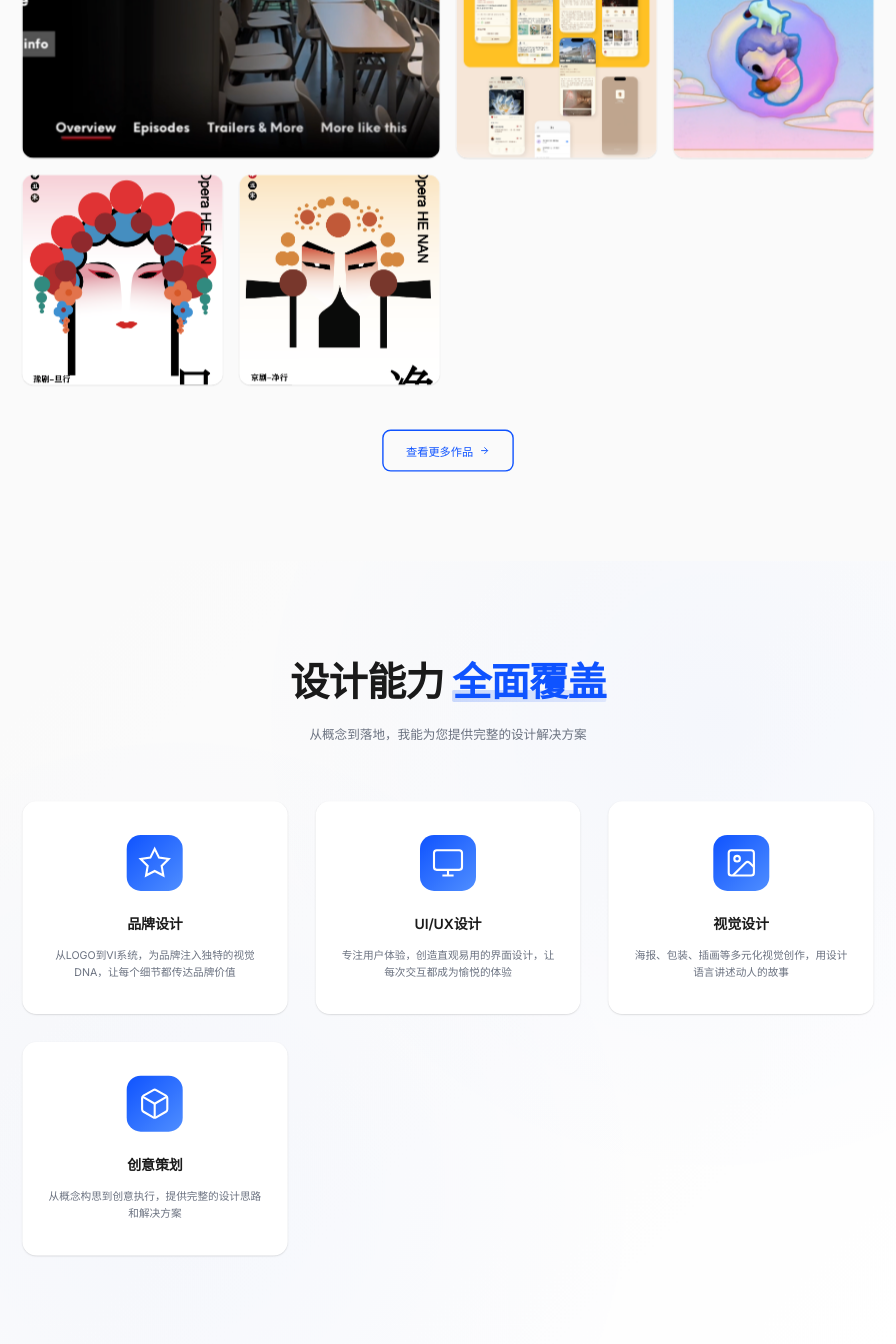
Repository: Nanzhexi/zhexi.github.io
Page: index.html
An editor plug-in stored every save of this project. The page is shown before and after the next save, followed by the edit.
The browser window is 1280 px wide. The pictures show the part of the page from y = 1444 to 3364 px (the page is 3786 px tall before and 4199 px after), at 70% of full size.

Above is the page before, as saved 2025-07-03 04:01:44.

### index.html
<!DOCTYPE html>
<html lang="zh-CN">
<head>
    <meta charset="UTF-8">
    <meta name="viewport" content="width=device-width, initial-scale=1.0">
    <title>个人设计师作品集</title>
    <link rel="stylesheet" href="./css/index.css">
    <link rel="preconnect" href="https://fonts.googleapis.com">
    <link rel="preconnect" href="https://fonts.gstatic.com" crossorigin>
    <link href="https://fonts.googleapis.com/css2?family=Inter:wght@300;400;500;600;700&display=swap" rel="stylesheet">
</head>

<body>
    <nav class="navbar">
        <div class="nav-brand">个人设计网站</div>
        <div class="nav-links">
            <a href="index.html" class="nav-link active">首页</a>
            <a href="portfolio.html" class="nav-link">作品</a>
            <a href="about.html" class="nav-link">关于我们</a>
        </div>
    </nav>

    <main id="hero" class="hero">
        <div class="hero-content">
            <h1 class="hero-title">
                我是<span class="highlight">视觉设计师</span><br>
                创造有温度的设计
            </h1>
            <p class="hero-subtitle">
                专注品牌视觉、UI/UX设计与创意表达，用设计连接人与美好
            </p>
            <button class="cta-button" onclick="document.getElementById('portfolio').scrollIntoView({behavior: 'smooth'})">
                查看作品
                <svg width="16" height="16" viewBox="0 0 24 24" fill="none" stroke="currentColor" stroke-width="2">
                    <path d="M5 12h14M12 5l7 7-7 7"/>
                </svg>
            </button>
        </div>
    </main>

    <section id="portfolio" class="portfolio">
        <div class="portfolio-content">
            <h2 class="portfolio-title">我的作品</h2>
            <p class="portfolio-subtitle">每一个项目都承载着我对设计的理解与热爱</p>

            <div class="portfolio-grid">
                <div class="portfolio-item large">
                    <img src="./images/1.png" alt="设计作品1" loading="lazy">
                    <div class="portfolio-overlay">
                        <div class="portfolio-info">
                            <h3>品牌视觉设计</h3>
                            <p>创意海报设计</p>
                        </div>
                    </div>
                </div>

                <div class="portfolio-item">
                    <img src="./images/2.jpg" alt="设计作品2" loading="lazy">
                    <div class="portfolio-overlay">
                        <div class="portfolio-info">
                            <h3>产品包装</h3>
                            <p>时尚配饰设计</p>
                        </div>
                    </div>
                </div>

                <div class="portfolio-item">
                    <img src="./images/3.jpg" alt="设计作品3" loading="lazy">
                    <div class="portfolio-overlay">
                        <div class="portfolio-info">
                            <h3>陶瓷艺术</h3>
                            <p>传统工艺现代化</p>
                        </div>
                    </div>
                </div>

                <div class="portfolio-item">
                    <img src="./images/4.jpg" alt="设计作品4" loading="lazy">
                    <div class="portfolio-overlay">
                        <div class="portfolio-info">
                            <h3>品牌形象</h3>
                            <p>可爱IP设计</p>
                        </div>
                    </div>
                </div>

                <div class="portfolio-item">
                    <img src="./images/6.png" alt="设计作品5" loading="lazy">
                    <div class="portfolio-overlay">
                        <div class="portfolio-info">
                            <h3>空间设计</h3>
                            <p>商业空间规划</p>
                        </div>
                    </div>
                </div>

                <div class="portfolio-item">
                    <img src="./images/7.png" alt="设计作品6" loading="lazy">
                    <div class="portfolio-overlay">
                        <div class="portfolio-info">
                            <h3>餐饮品牌</h3>
                            <p>传统文化融合</p>
                        </div>
                    </div>
                </div>

                <div class="portfolio-item">
                    <img src="./images/8.png" alt="设计作品7" loading="lazy">
                    <div class="portfolio-overlay">
                        <div class="portfolio-info">
                            <h3>数字艺术</h3>
                            <p>创新视觉表达</p>
                        </div>
                    </div>
                </div>
            </div>

            <button class="portfolio-button">
                查看更多作品
                <svg width="16" height="16" viewBox="0 0 24 24" fill="none" stroke="currentColor" stroke-width="2">
                    <path d="M5 12h14M12 5l7 7-7 7"/>
                </svg>
            </button>
        </div>
    </section>

    <!-- Services Section -->
    <section id="services" class="services">
        <div class="services-content">
            <div class="services-header">
                <h2 class="services-title">设计能力 <span class="highlight">全面覆盖</span></h2>
                <p class="services-subtitle">从概念到落地，我能为您提供完整的设计解决方案</p>
            </div>

            <div class="services-grid">
                <div class="service-card">
                    <div class="service-icon">
                        <svg width="48" height="48" viewBox="0 0 24 24" fill="none" stroke="currentColor" stroke-width="1.5">
                            <path d="M12 2l3.09 6.26L22 9.27l-5 4.87 1.18 6.88L12 17.77l-6.18 3.25L7 14.14 2 9.27l6.91-1.01L12 2z"/>
                        </svg>
                    </div>
                    <h3 class="service-title">品牌设计</h3>
                    <p class="service-description">从LOGO到VI系统，为品牌注入独特的视觉DNA，让每个细节都传达品牌价值</p>
                </div>

                <div class="service-card">
                    <div class="service-icon">
                        <svg width="48" height="48" viewBox="0 0 24 24" fill="none" stroke="currentColor" stroke-width="1.5">
                            <rect x="2" y="3" width="20" height="14" rx="2" ry="2"/>
                            <line x1="8" y1="21" x2="16" y2="21"/>
                            <line x1="12" y1="17" x2="12" y2="21"/>
                        </svg>
                    </div>
                    <h3 class="service-title">UI/UX设计</h3>
                    <p class="service-description">专注用户体验，创造直观易用的界面设计，让每次交互都成为愉悦的体验</p>
                </div>

                <div class="service-card">
                    <div class="service-icon">
                        <svg width="48" height="48" viewBox="0 0 24 24" fill="none" stroke="currentColor" stroke-width="1.5">
                            <rect x="3" y="3" width="18" height="18" rx="2" ry="2"/>
                            <circle cx="9" cy="9" r="2"/>
                            <path d="M21 15l-3.086-3.086a2 2 0 0 0-2.828 0L6 21"/>
                        </svg>
                    </div>
                    <h3 class="service-title">视觉设计</h3>
                    <p class="service-description">海报、包装、插画等多元化视觉创作，用设计语言讲述动人的故事</p>
                </div>

                <div class="service-card">
                    <div class="service-icon">
                        <svg width="48" height="48" viewBox="0 0 24 24" fill="none" stroke="currentColor" stroke-width="1.5">
                            <path d="M21 16V8a2 2 0 0 0-1-1.73l-7-4a2 2 0 0 0-2 0l-7 4A2 2 0 0 0 3 8v8a2 2 0 0 0 1 1.73l7 4a2 2 0 0 0 2 0l7-4A2 2 0 0 0 21 16z"/>
                            <polyline points="3.27,6.96 12,12.01 20.73,6.96"/>
                            <line x1="12" y1="22.08" x2="12" y2="12"/>
                        </svg>
                    </div>
                    <h3 class="service-title">创意策划</h3>
                    <p class="service-description">从概念构思到创意执行，提供完整的设计思路和解决方案</p>
                </div>
            </div>
        </div>
    </section>



    <!-- Footer -->
    <footer class="footer">
        <div class="footer-content">
            <div class="footer-left">
                <div class="footer-brand">个人设计网站</div>
                <p>用心设计，用爱创造，让每个作品都有温度</p>
            </div>

            <div class="footer-links">
                <div class="footer-column">
                    <h4>导航</h4>
                    <a href="index.html">首页</a>
                    <a href="portfolio.html">作品</a>
                    <a href="about.html">关于我们</a>
                </div>

                <div class="footer-column">
                    <h4>服务</h4>
                    <a href="#">品牌设计</a>
                    <a href="#">UI/UX设计</a>
                    <a href="#">视觉设计</a>
                    <a href="#">创意策划</a>
                </div>

                <div class="footer-column">
                    <h4>联系</h4>
                    <a href="#">hello@mydesign.com</a>
                    <a href="#">+86 138 0013 8000</a>
                    <a href="#">北京市朝阳区设计园区</a>
                </div>
            </div>
        </div>

        <div class="footer-bottom">
            <p>&copy; 2024 个人设计师作品集. 保留所有权利</p>
            <div class="social-links">
                <a href="#" aria-label="微信">
                    <svg width="20" height="20" viewBox="0 0 24 24" fill="currentColor">
                        <path d="M8.5 12.5c0 .8-.7 1.5-1.5 1.5s-1.5-.7-1.5-1.5.7-1.5 1.5-1.5 1.5.7 1.5 1.5zm7-1.5c-.8 0-1.5.7-1.5 1.5s.7 1.5 1.5 1.5 1.5-.7 1.5-1.5-.7-1.5-1.5-1.5z"/>
                    </svg>
                </a>
                <a href="#" aria-label="微博">
                    <svg width="20" height="20" viewBox="0 0 24 24" fill="currentColor">
                        <path d="M12 2C6.48 2 2 6.48 2 12s4.48 10 10 10 10-4.48 10-10S17.52 2 12 2z"/>
                    </svg>
                </a>
                <a href="#" aria-label="邮箱">
                    <svg width="20" height="20" viewBox="0 0 24 24" fill="currentColor">
                        <path d="M20 4H4c-1.1 0-1.99.9-1.99 2L2 18c0 1.1.9 2 2 2h16c1.1 0 2-.9 2-2V6c0-1.1-.9-2-2-2zm0 4l-8 5-8-5V6l8 5 8-5v2z"/>
                    </svg>
                </a>
            </div>
        </div>
    </footer>

    <script>
        // 平滑滚动导航（仅针对页面内锚点）
        document.querySelectorAll('a[href^="#"]').forEach(anchor => {
            anchor.addEventListener('click', function (e) {
                e.preventDefault();
                const target = document.querySelector(this.getAttribute('href'));
                if (target) {
                    target.scrollIntoView({
                        behavior: 'smooth',
                        block: 'start'
                    });
                }
            });
        });

        // 导航栏滚动效果和活动状态
        window.addEventListener('scroll', () => {
            const navbar = document.querySelector('.navbar');
            const sections = document.querySelectorAll('section, main');
            const navLinks = document.querySelectorAll('.nav-link');

            // 导航栏背景效果
            if (window.scrollY > 50) {
                navbar.classList.add('scrolled');
            } else {
                navbar.classList.remove('scrolled');
            }

            // 活动状态
            let current = '';
            sections.forEach(section => {
                const sectionTop = section.offsetTop;
                const sectionHeight = section.clientHeight;
                if (scrollY >= (sectionTop - 200)) {
                    current = section.getAttribute('id');
                }
            });

            navLinks.forEach(link => {
                link.classList.remove('active');
                if (link.getAttribute('href') === `#${current}`) {
                    link.classList.add('active');
                }
            });
        });


    </script>
</body>
</html>

Loaded but not shown: css/index.css (945 lines, source omitted)

After the next save:
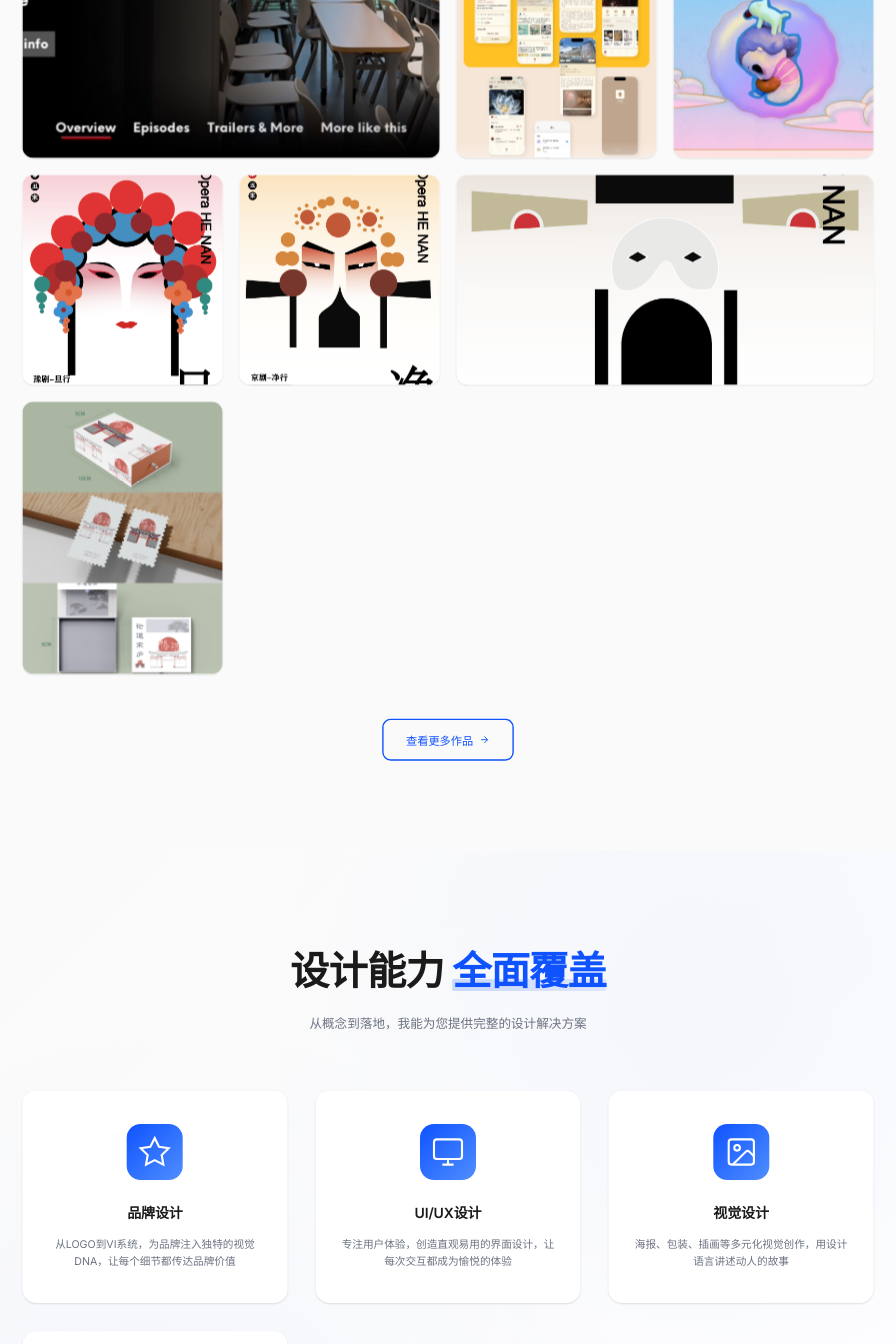
Saved 2 min 32 s later.
--- a/index.html
+++ b/index.html
@@ -110,6 +110,26 @@
                         <div class="portfolio-info">
                             <h3>数字艺术</h3>
                             <p>创新视觉表达</p>
+                        </div>
+                    </div>
+                </div>
+
+                <div class="portfolio-item">
+                    <img src="./images/9.png" alt="设计作品8" loading="lazy">
+                    <div class="portfolio-overlay">
+                        <div class="portfolio-info">
+                            <h3>插画设计</h3>
+                            <p>艺术与商业结合</p>
+                        </div>
+                    </div>
+                </div>
+
+                <div class="portfolio-item">
+                    <img src="./images/10.jpg" alt="设计作品9" loading="lazy">
+                    <div class="portfolio-overlay">
+                        <div class="portfolio-info">
+                            <h3>视觉识别</h3>
+                            <p>品牌形象系统</p>
                         </div>
                     </div>
                 </div>
